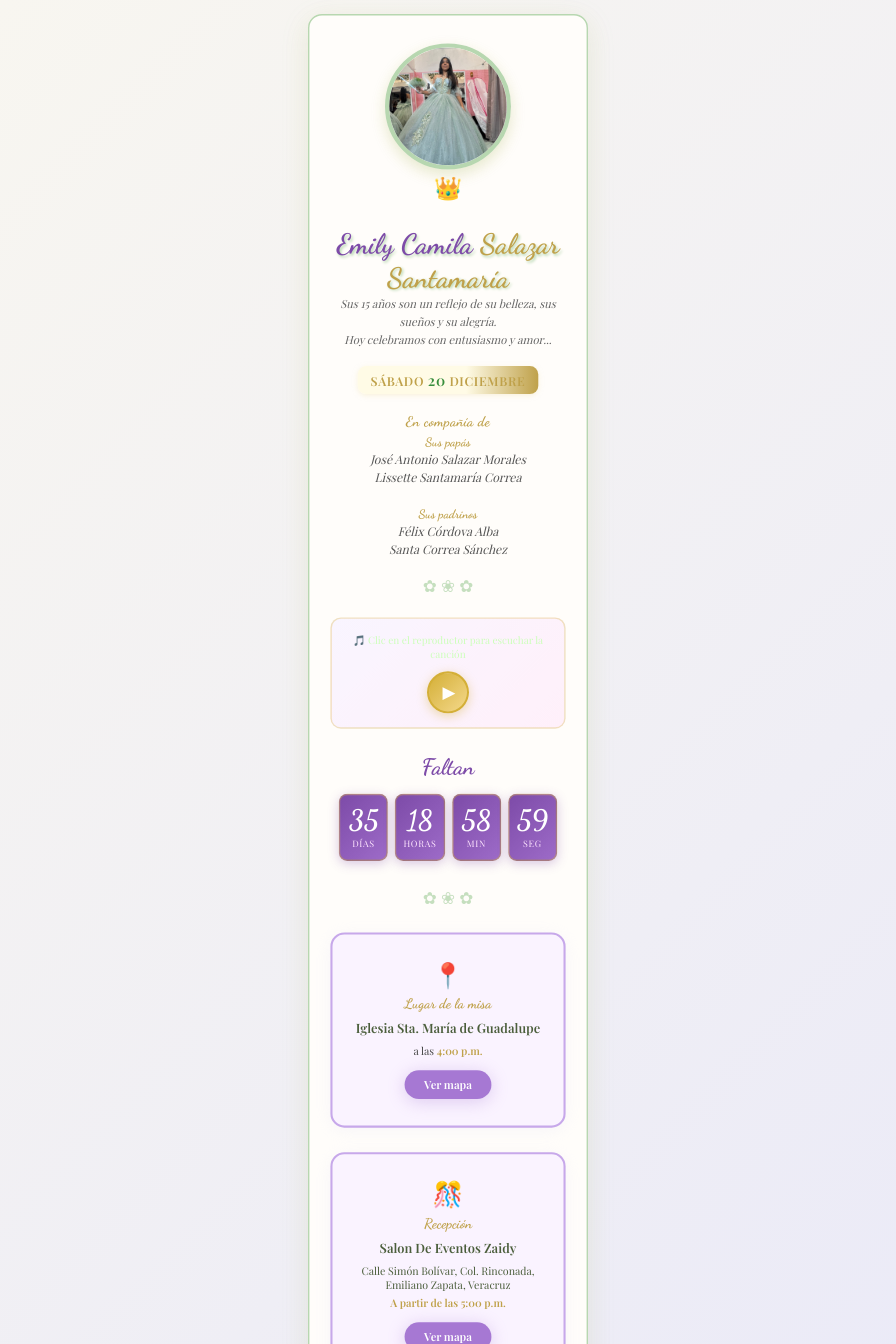
Repository: Jurgt2/InvitacionXvCamila
Page: index.html
The author's editor kept a copy of each file at every save. The page is drawn from the files as they stood at one save, then again after the next save.
The browser window is 1280 px wide. The pictures show the part of the page from y = 0 to 1920 px (the page is 3219 px tall), at 70% of full size.
Some web fonts or font styles are not loaded; a fallback is used.

Above is the page before, as saved 2025-11-14 21:58:01.
Console error: TypeError: Cannot read properties of null (reading 'href')

After the next save:
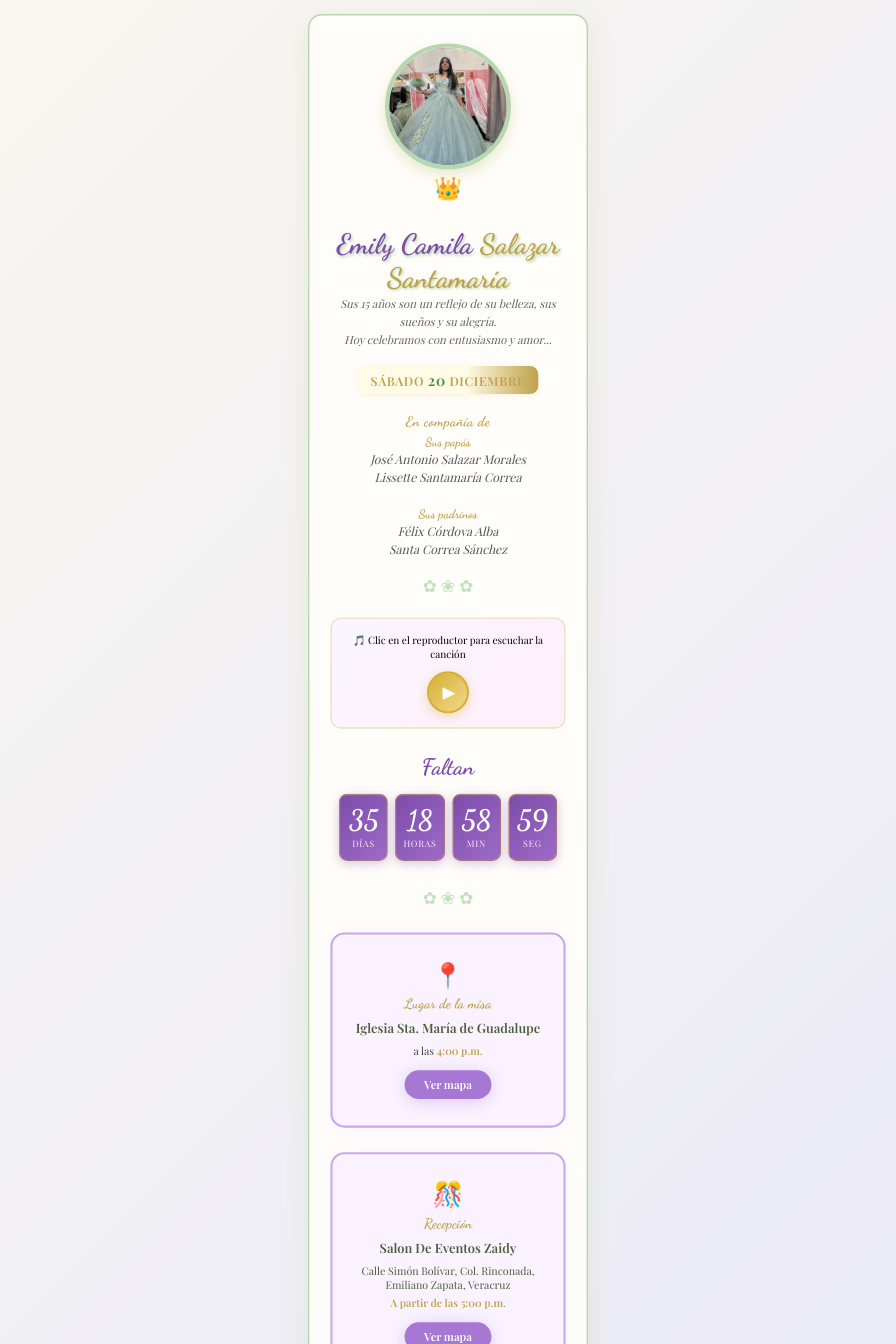
Saved 12 s later.
--- a/style.css
+++ b/style.css
@@ -119,7 +119,7 @@ body {
 
 .music-instruction {
     font-size: 0.9rem;
-    color: #ccffba;
+    color: #000000;
     margin-bottom: 15px;
 }
 
